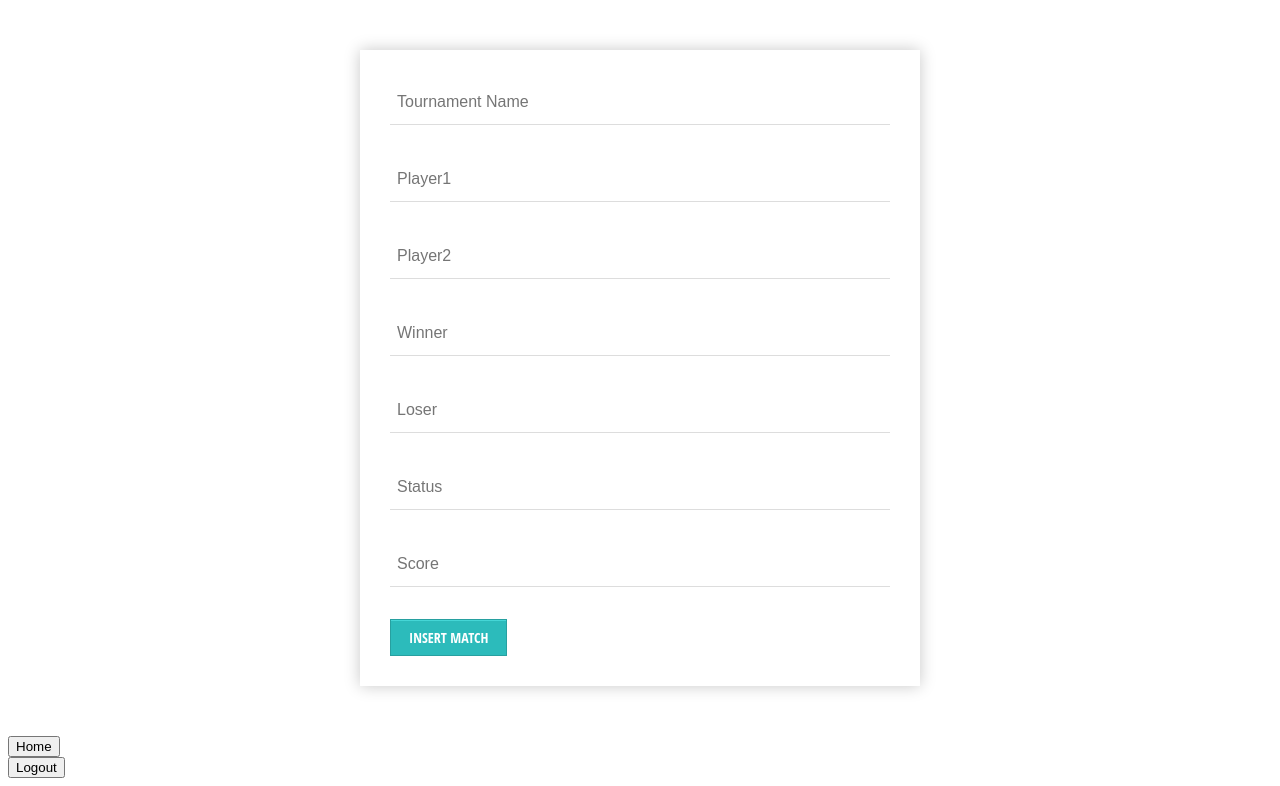
Repository: prm2711/javaapps
Page: http://localhost/Tournament/insertmatch.jsp
The author's editor kept a copy of each file at every save. The page is drawn from the files as they stood at one save, then again after the next save.
The browser window is 1280 px wide. The pictures show the whole page.
The page is served by Tomcat 9. The session is filled in as if someone had signed in: {"name": "admin", "username": "admin"}. The application's start-up code is not run. Other server files are loaded and not shown.

Above is the page before, as saved 2018-01-23 06:29:54.

### eclipse-workspace/Tournament/WebContent/insertmatch.jsp
<%@ page language="java" contentType="text/html; charset=ISO-8859-1"
	pageEncoding="ISO-8859-1"%>
<!DOCTYPE html PUBLIC "-//W3C//DTD HTML 4.01 Transitional//EN" "http://www.w3.org/TR/html4/loose.dtd">
<html>
<head>
<meta http-equiv="Content-Type" content="text/html; charset=ISO-8859-1">
<title>Insert Match</title>
<link rel="stylesheet" type="text/css" href="css/insertpage.css">

</head>
<body>
	<form method="post" action="InsertMatchServlet" class="insert-form">
		<input type="text" name="tourname" placeholder="Tournament Name" /><br>
		<input type="text" name="player1" placeholder="Player1" /><br>
		<input type="text" name="player2" placeholder="Player2" /><br>
		<input type="text" name="winner" placeholder="Winner" /><br> <input
			type="text" name="loser" placeholder="Loser" /><br> <input
			type="text" name="status" placeholder="Status" /><br> <input
			type="text" name="score" placeholder="Score" /><br> <input
			class="submitButton" type="submit" value="Insert Match">
	</form>
	<form method="post" action="home.jsp" class="admin-form">
		<input class="submitButton" type="submit" value="Home">
	</form>
	<form method="post" action="LogoutServlet" class="admin-form">
		<input class="submitButton" type="submit" value="Logout">
	</form>
</body>
</html>

### eclipse-workspace/Tournament/WebContent/css/insertpage.css
@charset "ISO-8859-1";
.insert-form {
    font-family: 'Open Sans Condensed', arial, sans;
    width: 500px;
    padding: 30px;
    background: #FFFFFF;
    margin: 50px auto;
    box-shadow: 0px 0px 15px rgba(0, 0, 0, 0.22);
}

.insert-form h2 {
    background: #4D4D4D;
    text-transform: uppercase;
    font-family: 'Open Sans Condensed', sans-serif;
    color: #797979;
    font-size: 18px;
    font-weight: 100;
    padding: 20px;
    margin: -30px -30px 30px -30px;
}
.insert-form input[type="text"]
{
    box-sizing: border-box;
    outline: none;
    display: block;
    width: 100%;
    padding: 7px;
    border: none;
    border-bottom: 1px solid #ddd;
    background: transparent;
    margin-bottom: 10px;
    font: 16px Arial, Helvetica, sans-serif;
    height: 45px;
}
.insert-form textarea{
    resize:none;
    overflow: hidden;
}
.insert-form input[type="button"],
.insert-form input[type="submit"]{
    -moz-box-shadow: inset 0px 1px 0px 0px #45D6D6;
    -webkit-box-shadow: inset 0px 1px 0px 0px #45D6D6;
    box-shadow: inset 0px 1px 0px 0px #45D6D6;
    background-color: #2CBBBB;
    border: 1px solid #27A0A0;
    display: inline-block;
    cursor: pointer;
    color: #FFFFFF;
    font-family: 'Open Sans Condensed', sans-serif;
    font-size: 14px;
    padding: 8px 18px;
    text-decoration: none;
    text-transform: uppercase;
}
.insert-form input[type="button"]:hover,
.insert-form input[type="submit"]:hover {
    background:linear-gradient(to bottom, #34CACA 5%, #30C9C9 100%);
    background-color:#34CACA;
}

After the next save:
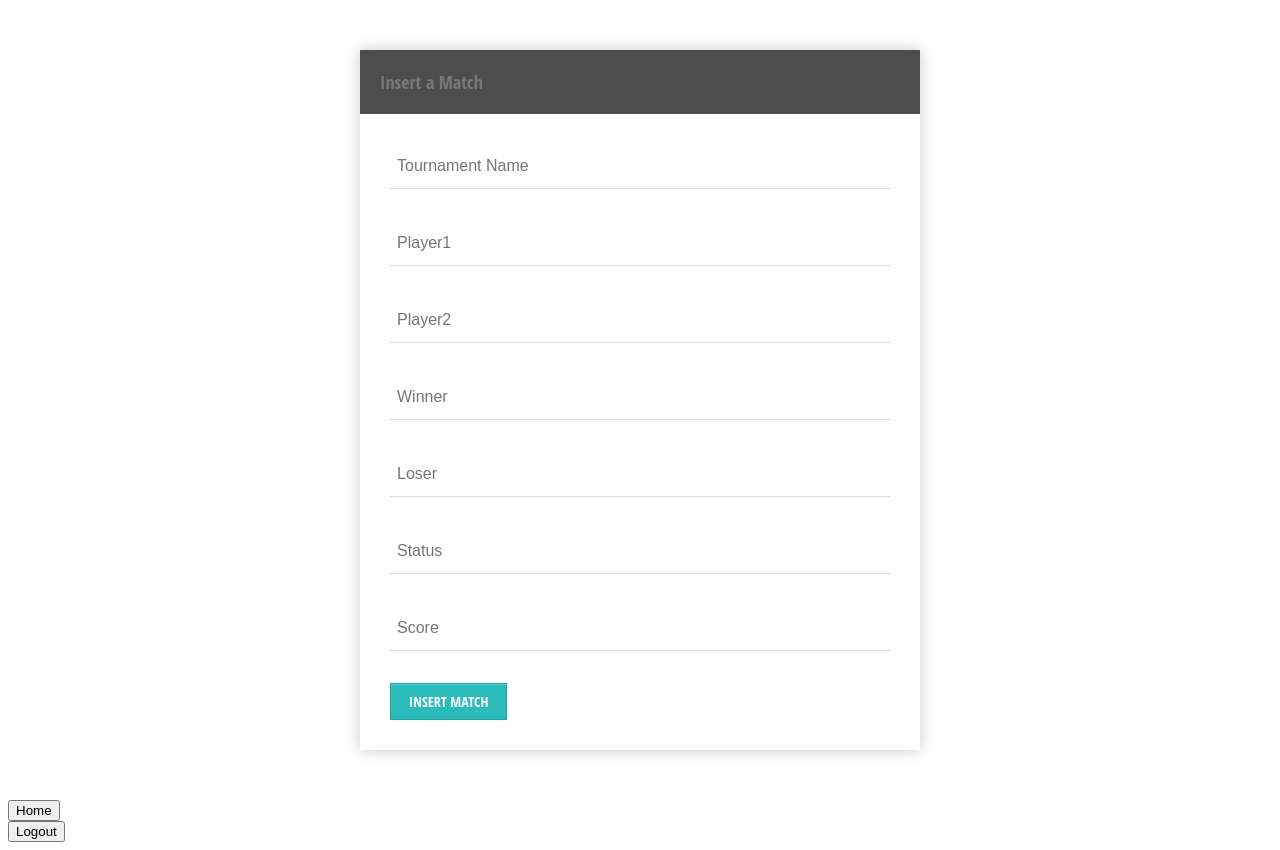
Saved 48 s later.
--- a/eclipse-workspace/Tournament/WebContent/insertmatch.jsp
+++ b/eclipse-workspace/Tournament/WebContent/insertmatch.jsp
@@ -10,6 +10,7 @@
 </head>
 <body>
 	<form method="post" action="InsertMatchServlet" class="insert-form">
+	<h2>Insert a Match</h2>
 		<input type="text" name="tourname" placeholder="Tournament Name" /><br>
 		<input type="text" name="player1" placeholder="Player1" /><br>
 		<input type="text" name="player2" placeholder="Player2" /><br>
--- a/eclipse-workspace/Tournament/WebContent/css/insertpage.css
+++ b/eclipse-workspace/Tournament/WebContent/css/insertpage.css
@@ -10,7 +10,6 @@
 
 .insert-form h2 {
     background: #4D4D4D;
-    text-transform: uppercase;
     font-family: 'Open Sans Condensed', sans-serif;
     color: #797979;
     font-size: 18px;
